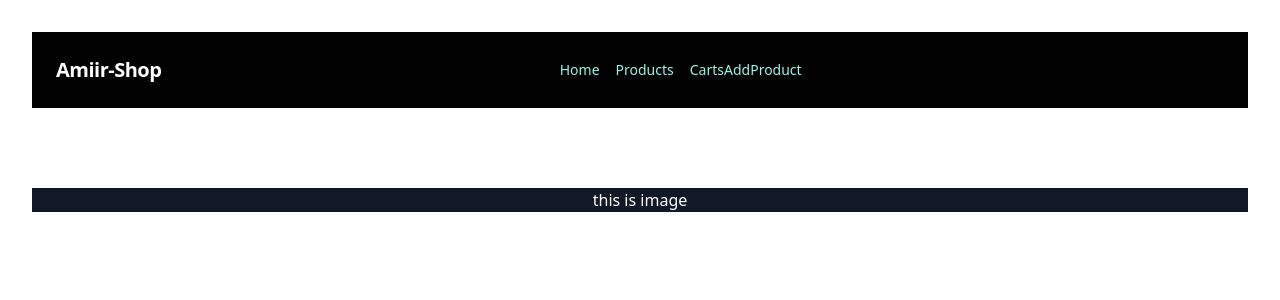
Repository: ENG-AMIIR-MUSE/ECommerce-app-using-react
Page: /addProducts
These files come from the project's save history. The page is drawn as it stood at one moment and after a run of saves; the edit follows.
The browser window is 1280 px wide. The pictures show the whole page.
The page's requests for data from a server got no answer. The project was rebuilt for these pictures with package versions that can differ from the ones it lists, and the page was loaded fresh each time. No one was signed in, and anything a server would have sent is missing. Also part of the build but not shown: vite.config.js, src/Components/productList.js, src/Components/productCard.js.

Above is the page before, as saved 2023-06-24 18:55:52.

### src/main.jsx
import React from 'react'
import ReactDOM from 'react-dom/client'
import App from './App.jsx'
import './index.css'

import { BrowserRouter }  from 'react-router-dom'



ReactDOM.createRoot(document.getElementById('root')).render(
  <React.StrictMode>
    <BrowserRouter>
    <App />
    </BrowserRouter>

  </React.StrictMode>,

)

### src/App.jsx
import { useEffect } from 'react'
import { useState } from 'react'
import axios from 'axios'
import ProductList from './Components/ProductList'
import ProductCard from './Components/ProductCard'

import './App.css'

import {NavBar} from './Components/NavBar'
import {  Routes,Route } from 'react-router-dom'

import AddProduct from './Components/AddProduct'

function App() {
const [products,setProducts] =  useState([])

useEffect(()=>{
  axios.get('https://fakestoreapi.com/products')
  .then((response)=>{
    // console.log(response)
   setProducts(response.data)
  }).catch((er)=>{
    console.log(er.response)
  })

})

  return (
    <>

    {/* {console.log(products)} */}
    <NavBar/>

    {/* <ProductCard/> */}
    <Routes>
    <Route path="/"/>
    <Route path="/products" element={<ProductList products ={products}/>}/>

    <Route path="/products/:id" element={<ProductCard products = {products}/>}/>
  <Route path="/addProducts/" element={<AddProduct/>}/>
  </Routes>
    </>


  )


}

export default App

### src/Components/NavBar.jsx
import React from 'react'
import {Link } from 'react-router-dom'
 export function NavBar() {
  return (
    <>
    <nav className=" items-center justify-between flex-wrap bg-black p-6 mb-20 h-auto p-5">
  <div className="flex items-center flex-shrink-0 text-white mr-6">

    <span className="font-semibold text-xl tracking-tight">Amiir-Shop</span>


  <div className="w-full block flex-grow lg:flex lg:items-center lg:w-auto">
    <div className="text-sm lg:flex-grow">
      <Link to="/" className="block mt-4 lg:inline-block lg:mt-0 text-teal-200 hover:text-white mr-4">
        Home
      </Link>
      <Link to="/products" className="block mt-4 lg:inline-block lg:mt-0 text-teal-200 hover:text-white mr-4">
        Products
      </Link>
      <Link to="/carts" className="block mt-4 lg:inline-block lg:mt-0 text-teal-200 hover:text-white">
        Carts
      </Link>
      <Link to="/addProducts" className="block mt-4 lg:inline-block lg:mt-0 text-teal-200 hover:text-white">
        AddProduct
      </Link>
    </div>

  </div>
  </div>
</nav>
    </>
  )

 }

### src/Components/AddProduct.jsx

const  AddProduct = ()=>{

    return(

        <div  className="bg-gray-900 text-white">
          <div>
         <p>this is image</p>
          </div>
          <div>
          <form>
          </form>
          </div>
        </div>
    )
}
export default AddProduct;

Loaded but not shown: index.html (common file); src/index.css (common file); src/App.css (common file); tailwind.config.js (common file)

After the next 4 saves:
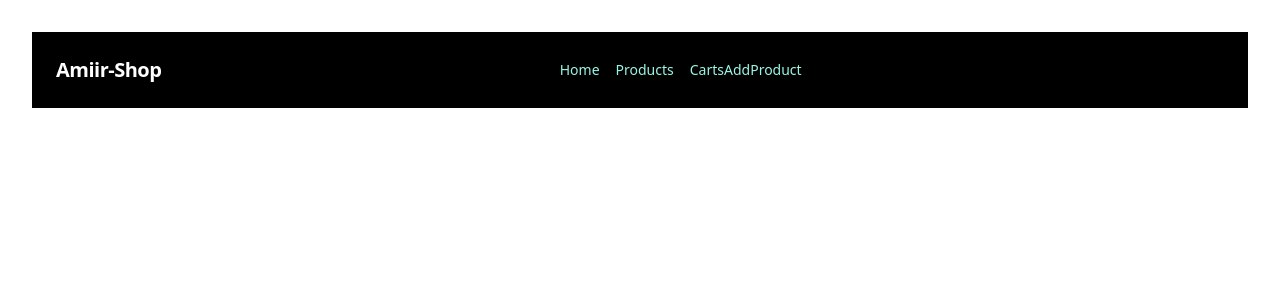
The 4 saves are shown as one change because they came seconds apart.
The last was saved 22 s later.
--- a/src/Components/AddProduct.jsx
+++ b/src/Components/AddProduct.jsx
@@ -5,7 +5,7 @@
 
         <div  className="bg-gray-900 text-white">
           <div>
-         <p>this is image</p>
+           <img src= ""/>
           </div>
           <div>
           <form>

After the save that followed:
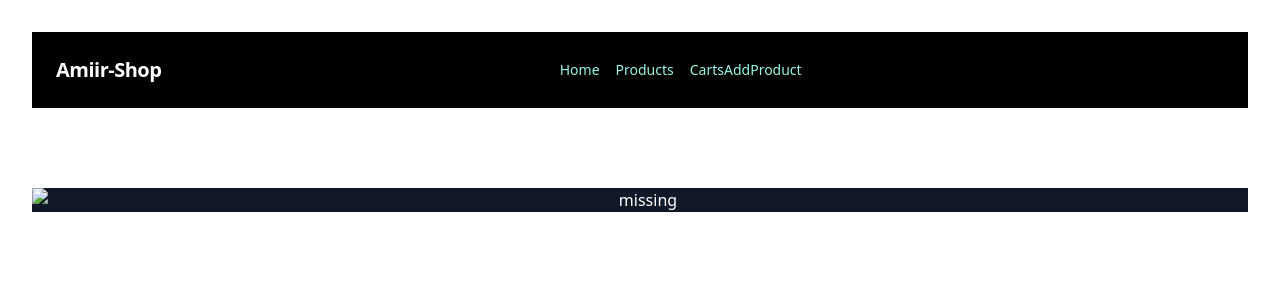
Saved 6 s later.
--- a/src/Components/AddProduct.jsx
+++ b/src/Components/AddProduct.jsx
@@ -5,7 +5,7 @@
 
         <div  className="bg-gray-900 text-white">
           <div>
-           <img src= ""/>
+           <img src= ""  alt="missing"/>
           </div>
           <div>
           <form>
